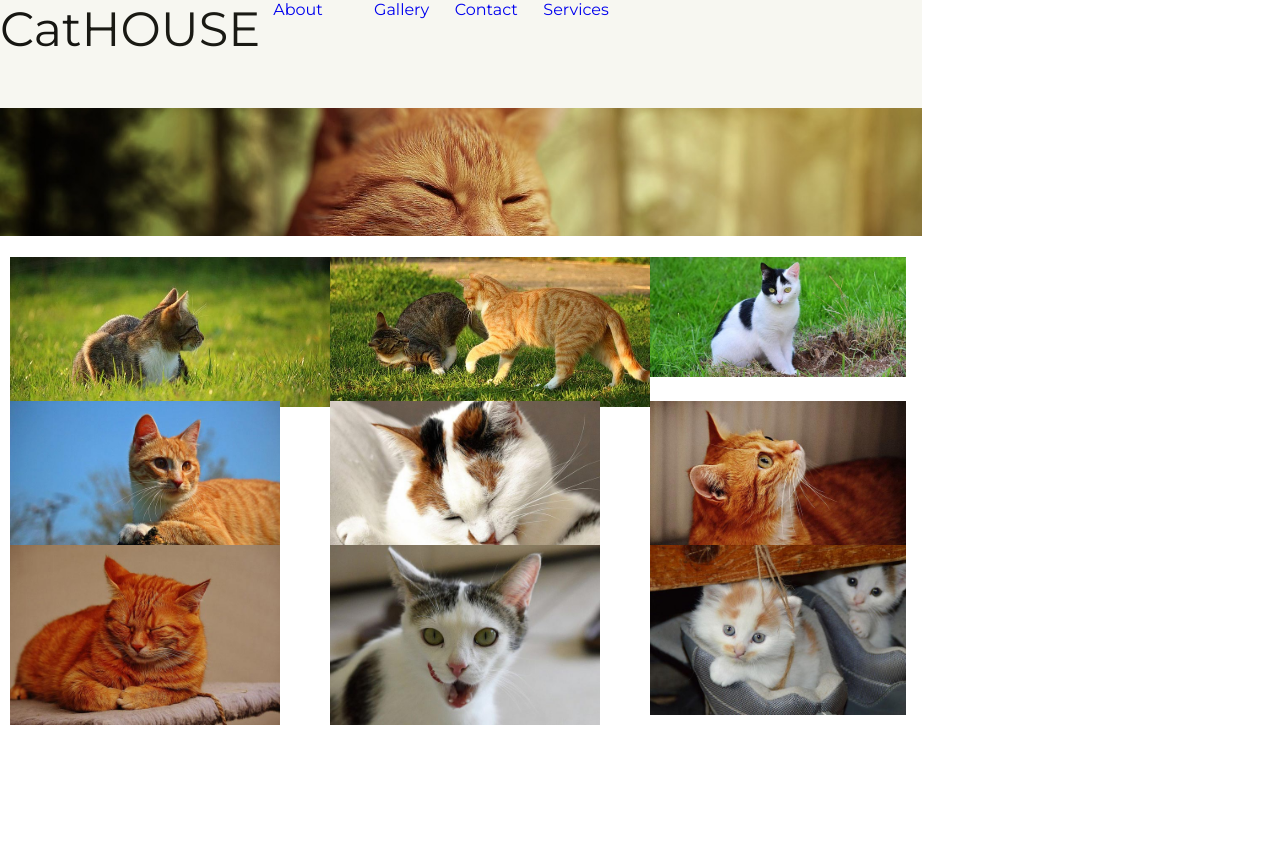
Repository: raul4264/final
Page: Gallery.html
The author's editor kept a copy of each file at every save. The page is drawn from the files as they stood at one save, then again after the next save.
The browser window is 1280 px wide. The pictures show the whole page.

Above is the page before, as saved 2021-03-22 14:05:16.

After the next save:
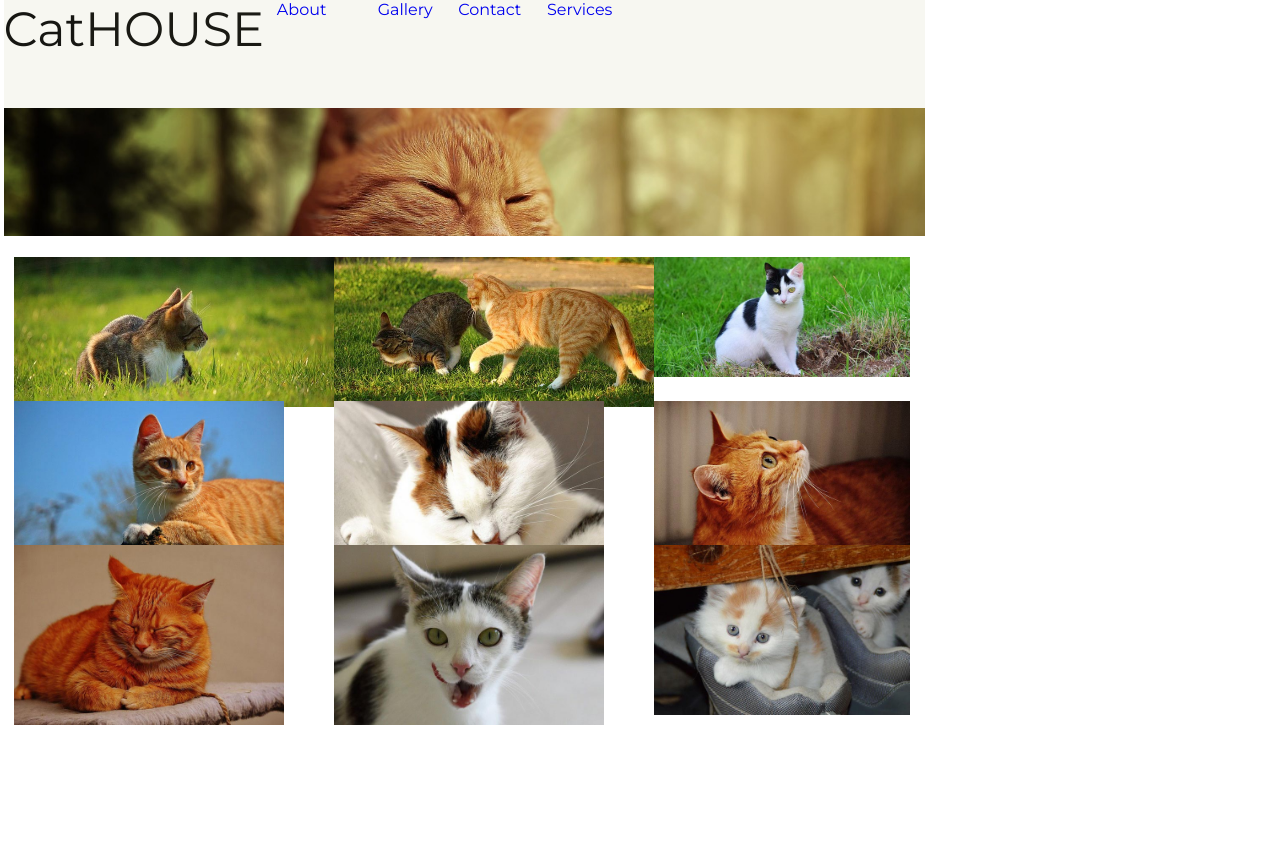
Saved 49 s later.
--- a/css/gallery.css
+++ b/css/gallery.css
@@ -57,7 +57,8 @@ body{
     max-width: 100vh;
     display: grid;
     grid-template-columns:33% 33% 33%;
-    grid-template-rows:auto auto auto auto;  ;
+    grid-template-rows:auto auto auto auto;
+    justify-content: center  ;
 }
 
 header {
